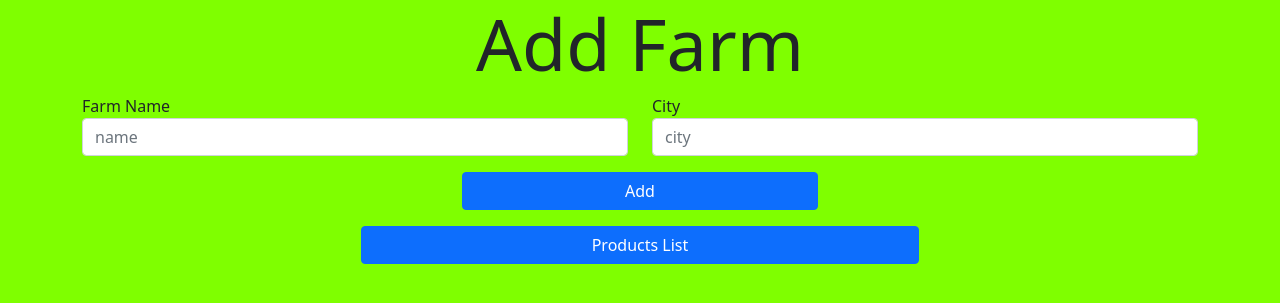
Repository: uditjain100/JavaScript-for-Web
Page: http://localhost/farm/add
An editor plug-in stored every save of this project. The page is shown before and after the next save, followed by the edit.
The browser window is 1280 px wide. The pictures show the whole page.
The page is served by the project's Node server (23.DBrelationship_and_Express/index.js). Other server files are loaded and not shown.

Above is the page before, as saved 2021-02-07 21:17:46.

### 23.DBrelationship_and_Express/views/farms/add.ejs
<!DOCTYPE html>
<html lang="en">
  <head>
    <meta charset="UTF-8" />
    <meta name="viewport" content="width=device-width, initial-scale=1.0" />
    <title>Add Farm</title>
    <link
      href="https://cdn.jsdelivr.net/npm/bootstrap@5.0.0-beta1/dist/css/bootstrap.min.css"
      rel="stylesheet"
      integrity="sha384-giJF6kkoqNQ00vy+HMDP7azOuL0xtbfIcaT9wjKHr8RbDVddVHyTfAAsrekwKmP1"
      crossorigin="anonymous"
    />
  </head>
  <body style="background-color: chartreuse">
    <div class="container">
      <h2 class="display-2 d-grid col-5 mx-auto" style="text-align: center">
        Add Farm
      </h2>
      <form action="/products" method="POST">
        <div class="row">
          <div class="form-group col-6">
            <label for="name">Farm Name</label>
            <input
              type="text"
              id="name"
              class="form-control"
              placeholder="name"
              name="name"
            />
          </div>
          <div class="form-group col-6">
            <label for="city">City</label>
            <input
              type="text"
              id="city"
              placeholder="city"
              class="form-control"
              name="city"
            />
          </div>
          <div class="d-grid col-4 mx-auto mt-3">
            <button type="submit" class="btn btn-primary">Add</button>
          </div>
        </div>
      </form>
      <div class="d-grid col-6 mx-auto mt-3">
        <a href="/products" class="btn btn-primary">Products List</a>
      </div>
    </div>
  </body>
</html>

### 23.DBrelationship_and_Express/index.js
const express = require("express");
const app = express();
const path = require("path");
const methodoverride = require("method-override");
const mongoose = require("mongoose");

const Product = require("./models/product");
const Farm = require("./models/farm");

app.set("views", path.join(__dirname, "views"));
app.set("view-engine", "ejs");

app.use(express.urlencoded({ extended: true }));
app.use(methodoverride("_method"));

const categories = ["fruit", "vegetable", "dairy", "other"];

mongoose
  .connect("mongodb://localhost:27017/relationApp", {
    useNewUrlParser: true,
    useUnifiedTopology: true,
  })
  .then(() => {
    console.log("Mongo Connected Successfully");
  })
  .catch((error) => {
    console.log("Mongo Error !! ");
    console.log(error);
  });

app.get("/farms", async (req, res) => {
  const farms = await Farm.find({});
  res.render("./farms/farms.ejs", { farms });
});

app.get("/farm/add", async (req, res) => {
  res.render("./farms/add.ejs");
});

app.get("/products/:id", async (req, res) => {
  const { id } = req.params;
  const pdt = await Product.findById(id);
  res.render("./products/details.ejs", { pdt });
});

app.get("/product/add", (req, res) => {
  res.render("./products/add.ejs");
});

app.post("/products", async (req, res) => {
  const { name, price, category } = req.body;
  const p = new Product({
    name: name,
    price: price,
    category: ("" + category).toLowerCase(),
  });
  await p.save();
  res.redirect("/products");
});

app.get("/products/:id/update", async (req, res) => {
  const { id } = req.params;
  const pdt = await Product.findById(id);
  res.render("./products/update.ejs", { pdt, categories });
});

app.patch("/products/:id", async (req, res) => {
  const { id } = req.params;
  const { name, price, category } = req.body;
  await Product.findByIdAndUpdate(id, {
    name: name,
    price: price,
    category: ("" + category).toLowerCase(),
  });
  const pdt = await Product.findById(id);
  res.render("./products/details.ejs", { pdt });
});

app.delete("/products/:id", async (req, res) => {
  const { id } = req.params;
  await Product.findByIdAndDelete(id);
  const pdts = await Product.find({});
  res.render("./products/products.ejs", { pdts });
});

app.get("/products", async (req, res) => {
  const { category } = req.query;
  if (category) {
    const pdts = await Product.find({ category });
    res.render("./products/categoryList.ejs", { pdts, category });
  } else {
    const pdts = await Product.find({});
    res.render("./products/products.ejs", { pdts });
  }
});

app.listen(3000, () => {
  console.log("Port 3000 Started Successfully");
});

After the next save:
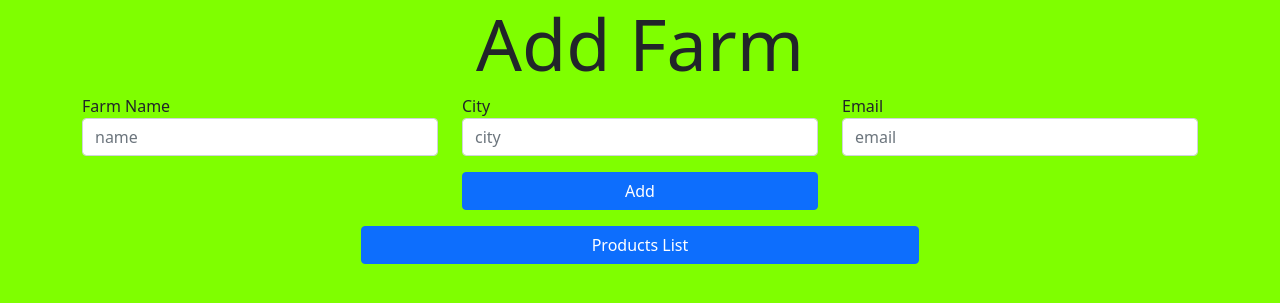
Saved 56 s later.
--- a/23.DBrelationship_and_Express/views/farms/add.ejs
+++ b/23.DBrelationship_and_Express/views/farms/add.ejs
@@ -18,7 +18,7 @@
       </h2>
       <form action="/products" method="POST">
         <div class="row">
-          <div class="form-group col-6">
+          <div class="form-group col-4">
             <label for="name">Farm Name</label>
             <input
               type="text"
@@ -28,7 +28,7 @@
               name="name"
             />
           </div>
-          <div class="form-group col-6">
+          <div class="form-group col-4">
             <label for="city">City</label>
             <input
               type="text"
@@ -36,6 +36,16 @@
               placeholder="city"
               class="form-control"
               name="city"
+            />
+          </div>
+          <div class="form-group col-4">
+            <label for="email">Email</label>
+            <input
+              type="email"
+              id="email"
+              placeholder="email"
+              class="form-control"
+              name="email"
             />
           </div>
           <div class="d-grid col-4 mx-auto mt-3">
